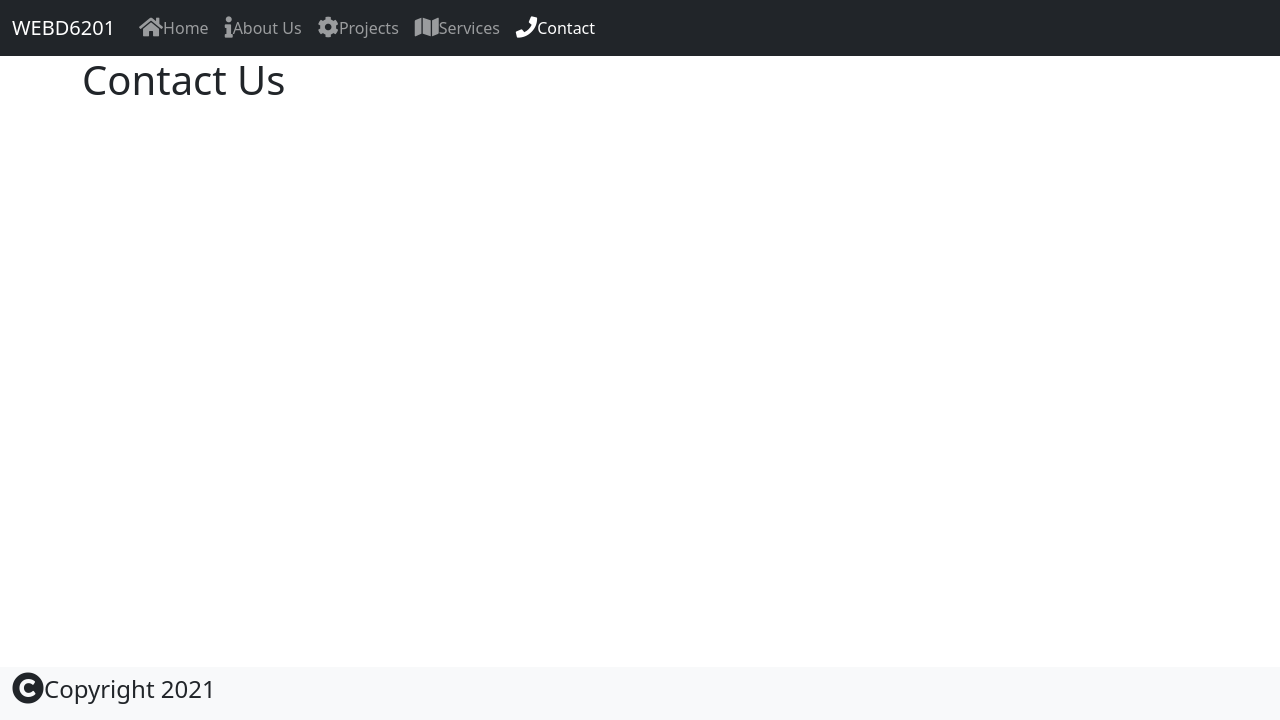
Repository: deividwsantoss/webd6201-W2021-ICE1
Page: contact.html
These files come from the project's save history. The page is drawn as it stood at one moment and after the next save; the edit follows.
The browser window is 1280 px wide. The pictures show the whole page.

Above is the page before, as saved 2021-02-02 12:29:40.

### contact.html
<!DOCTYPE html>
<html lang="en">
<head>
    <meta charset="UTF-8">
    <meta name="viewport" content="width=device-width, initial-scale=1.0">
    <title>Contact</title>
</head>
<!-- CSS SECTION -->
<link rel="stylesheet" href="./node_modules/bootstrap/dist/css/bootstrap.min.css">
<link rel="stylesheet" href="./node_modules/@fortawesome/fontawesome-free/css/all.min.css">
<link rel="stylesheet" href="./Content/app.css">

<body>
    <!-- MAIN HEADER-->
    <header>
        <!-- Main Navegation-->
        <nav class="navbar navbar-expand-lg navbar-dark bg-dark">
            <div class="container-fluid">
              <a class="navbar-brand" href="Index.html">WEBD6201</a>
              <button class="navbar-toggler" type="button" data-bs-toggle="collapse" data-bs-target="#navbarSupportedContent" aria-controls="navbarSupportedContent" aria-expanded="false" aria-label="Toggle navigation">
                <span class="navbar-toggler-icon"></span>
              </button>
              <div class="collapse navbar-collapse" id="navbarSupportedContent">
                <ul class="navbar-nav me-auto mb-2 mb-lg-0">
                  <li class="nav-item">
                    <a class="nav-link" aria-current="page" href="Index.html"><i class="fas fa-home fa-lg"></i>Home</a>
                  </li>
                  <li class="nav-item">
                    <a class="nav-link" aria-current="page" href="about.html"><i class="fas fa-info fa-lg"></i>About Us</a>
                  </li>
                  <li class="nav-item">
                    <a class="nav-link" aria-current="page" href="projects.html"><i class="fas fa-cog fa-lg"></i>Projects</a>
                  </li>
                  <li class="nav-item">
                    <a class="nav-link" aria-current="page" href="services.html"><i class="fas fa-map fa-lg"></i>Services</a>
                  </li>
                  <li class="nav-item">
                    <a class="nav-link active" aria-current="page" href="contact.html"><i class="fas fa-phone fa-lg"></i>Contact</a>
                  </li>

                </ul>

              </div>
            </div>
          </nav>
    </header>
    <!-- Main content-->
    <main class="container">

        <h1>Contact Us</h1>

    </main>

    <!-- Main Footer -->
    <footer>
        <nav class="navbar fixed-bottom navbar-light bg-light">
            <div class="container-fluid">
                <h4><i class="fas fa-copyright fa-lg"></i>Copyright 2021 </h4>
            </div>
          </nav>

    </footer>
    <!-- Script Section-->
    <script src="./node_modules/jquery/dist/jquery.min.js"></script>
    <script src="./node_modules/bootstrap/dist/js/bootstrap.bundle.min.js"></script>
    <script src="./Scripts/app.js"></script>
</body>
</html>

### Scripts/app.js
/* Custom JavaScript goes here */


// IIFE -
//AKA - Anonymous self-excuting function

"use strict";

(function()
{
    function displayHome(){

        let paragraphOneText = "This is a simple site to demonstrate DOM manipulation for ICE 1";
        let paragraphOneElement = document.getElementById("paragraphOne");

        //let paragraphOneParagraph = document.getElementsByTagName("p")[0];
        //let paragraphOneQuery = document.querySelector("p");
        //let paragraphOneQuerys = document.querySelectorAll("p")[0];

        paragraphOneElement.textContent = paragraphOneText;
        paragraphOneElement.className = "fs-5";

        //SECOND METHOD
        //Step 1. document.createElement
        let newParagraph = document.createElement("p");
        //configure the element
        newParagraph.setAttribute("id", "paragraphTwo");
        newParagraph.textContent = "... And this is Paragraph Two";
        //step 3. Select the parent element
        let mainContent = document.getElementsByTagName("main")[0];
        //step 4. Add / Insert the element
        mainContent.appendChild(newParagraph);

        newParagraph.className = "fs-5";

        //  Another way to insert
        let paragraphDiv = document.createElement('div');
          let paragraphThree = `<p class="fs-7 fw-bold">And this is the Third Paragraph</p>`
        paragraphDiv.innerHTML = paragraphThree;

        newParagraph.before(paragraphDiv);

        // Deletions

        //removing simple element
        // paragraphOneElement.remove();

        //example of remove child
        // mainContent.removeChild(paragraphOneElement);

        // UPDATE - MODIFICATION

        //mainContent.firstElementChild.textContent = "Welcome Home";

        mainContent.innerHTML =
        `<h1 id="firstHeading">Welcome to WEBD6201 </h1>
        <p id="paragraphOne" class="fs-3">This is my first paragraph</p>
        `

    }
    function displayAbout(){

    }
    function displayProjects(){

    }
    function displayServices(){

    }
    function displayContact(){

    }

    function Start()
    {
        console.log("App Started...");
        switch(document.title)
        {
            case 'Home':
                displayHome();
                break;
            case 'About':
                displayAbout();
                break;
            case 'Projects':
                displayProjects();
                break;
            case 'Services':
                displayServices();
                break;
            case 'Contact':
                displayContact();
                    break;
        }


    }
    window.addEventListener("load", Start);


})();

Loaded but not shown: node_modules/bootstrap/dist/css/bootstrap.min.css (library); node_modules/@fortawesome/fontawesome-free/css/all.min.css (library); node_modules/jquery/dist/jquery.min.js (library); node_modules/bootstrap/dist/js/bootstrap.bundle.min.js (library); Content/app.css (no stored copy; drawn as an empty file)

After the next save:
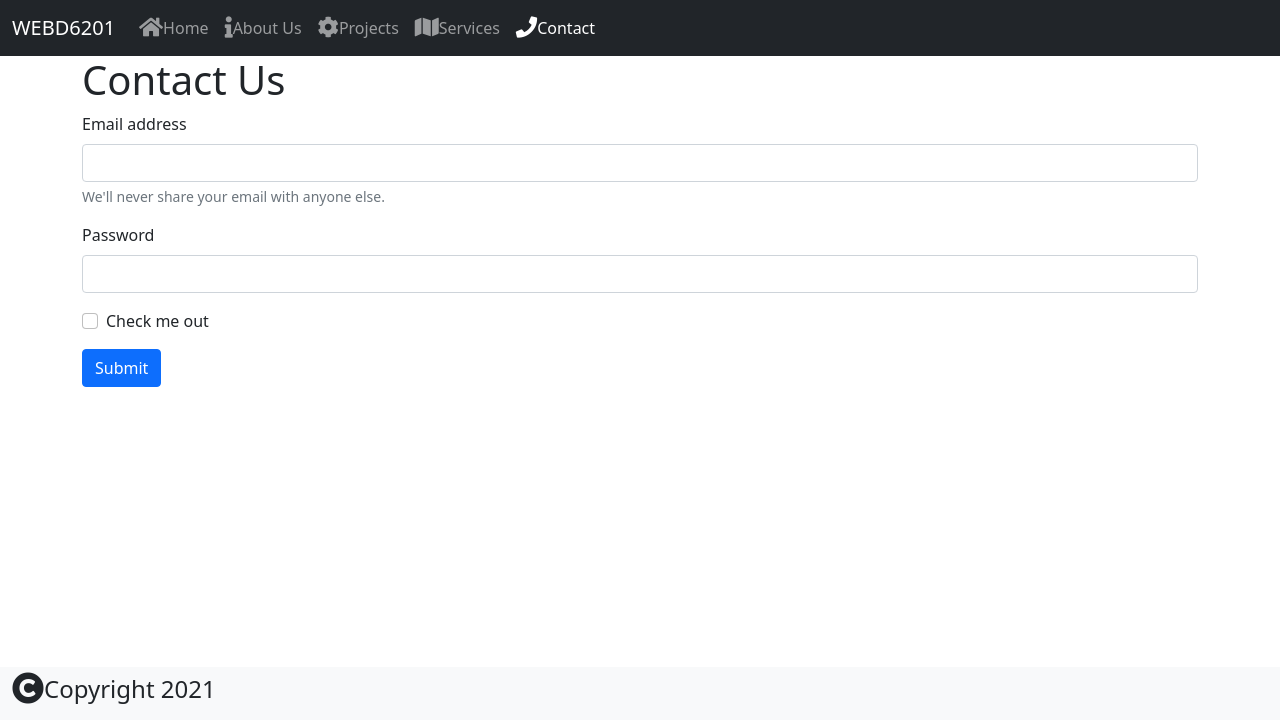
Saved 5 min 6 s later.
--- a/contact.html
+++ b/contact.html
@@ -46,8 +46,23 @@
     </header>
     <!-- Main content-->
     <main class="container">
-
         <h1>Contact Us</h1>
+        <form>
+  <div class="mb-3">
+    <label for="exampleInputEmail1" class="form-label">Email address</label>
+    <input type="email" class="form-control" id="exampleInputEmail1" aria-describedby="emailHelp">
+    <div id="emailHelp" class="form-text">We'll never share your email with anyone else.</div>
+  </div>
+  <div class="mb-3">
+    <label for="exampleInputPassword1" class="form-label">Password</label>
+    <input type="password" class="form-control" id="exampleInputPassword1">
+  </div>
+  <div class="mb-3 form-check">
+    <input type="checkbox" class="form-check-input" id="exampleCheck1">
+    <label class="form-check-label" for="exampleCheck1">Check me out</label>
+  </div>
+  <button type="submit" class="btn btn-primary">Submit</button>
+</form>
 
     </main>
 
